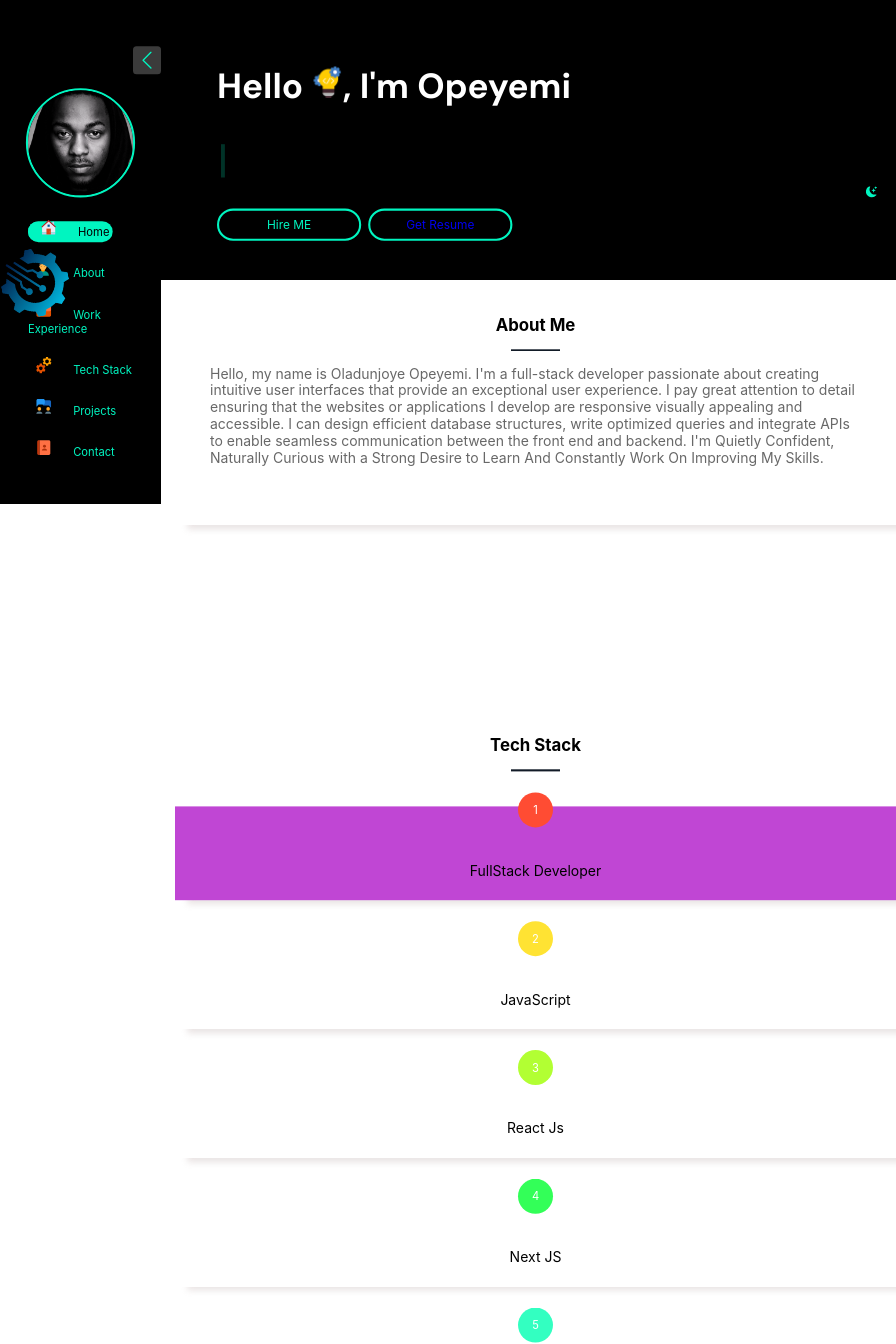
Repository: Laoye99/portfolio
Page: /
These files come from the project's save history. The page is drawn as it stood at one moment and after the next save; the edit follows.
The browser window is 1280 px wide. The pictures show the part of the page from y = 0 to 1920 px (the page is 2877 px tall), at 70% of full size.
The project was rebuilt for these pictures with package versions that can differ from the ones it lists, and the page was loaded fresh each time. Imported but missing from the stored project, and not drawn on this page: src/components/Home/MyResume.pdf.

Above is the page before, as saved 2024-02-15 14:59:01.

### src/App.js
import './App.css';
import { createContext, useState } from 'react';
import ScrollToTop from 'react-scroll-to-top';
import Navbar from './components/SideNav/Navbar';
import Sidebar from './components/SideNav/Sidebar';
import About from './components/About/About';
import TechStack from './components/TechStack/TechStack';

export const ThemeContext = createContext(null);

const App = () => {
  const [theme, setTheme] = useState("light");

  const changeTheme = () => {
    setTheme((prev) => (prev === "light" ? "dark" : "light"));
  };
  return (
    <ThemeContext.Provider value={{ theme, changeTheme }}>
    <div id={theme}>
    <Navbar/>
    <Sidebar changeTheme={changeTheme} theme={theme}/>
    <About/>
    <TechStack/>
    </div>
    <ScrollToTop
    top="200"
    smooth
    height="20"
    width="20"
    color="#00f5c0"
    style={{ borderRadius: "90px ", backgroundColor: "#000000" }}
    />
    </ThemeContext.Provider>
  );
}

export default App;

### src/App.css
::-webkit-scrollbar {
  width: 8px;
  height: auto;
}

::-webkit-scrollbar-track {
  box-shadow: inset 0 0 5px rgb(103, 100, 109);
}

::-webkit-scrollbar-thumb {
  background-color: #121b27;
  border-radius: 5px;
}

::-webkit-scrollbar-thumb:hover {
  background-color: rgba(189, 59, 210, 0.94);
}

#dark {
  background-color: #273746;
  color: #ffffff;
}

### src/components/SideNav/Navbar.js
import { useState } from "react";
import "./Navbar.css";
import {GiHamburgerMenu} from "react-icons/gi";
import { Link } from "react-scroll";
import {
    FcHome,
    FcBriefcase,
    FcContacts,
    FcServices,
    FcCollaboration,
    FcPortraitMode } from "react-icons/fc";

const Navbar = () => {
    const [open, setOpen] = useState(false);

    const handleClick = () => {
        setOpen(!open);
    };
    return(
        <div className="navbar">
        <div className="navbar-header">
        <p>
        <GiHamburgerMenu size={25} onClick={handleClick} />
        </p>
        </div>
        {open ? (
        <div className="nav">
        <ul>
        <li className="nav-item">
        <Link
        to="home"
        spy={true}
        smooth={true}
        duration={100}
        offset={-100}
        >
        <FcHome size={25}/>
        Home
        </Link>
        </li>
        <li className="nav-item">
        <Link
        to="about"
        spy={true}
        smooth={true}
        duration={100}
        offset={-100}
        >
        <FcPortraitMode size={25}/>
        About
        </Link>
        </li>
        <li className="nav-item">
        <Link
        to="project"
        spy={true}
        smooth={true}
        duration={100}
        offset={-100}
        >
        <FcBriefcase  size={25}/>
        Work Experience
        </Link>
        </li>
        <li className="nav-item">
        <Link
        to="stack"
        spy={true}
        smooth={true}
        duration={100}
        offset={-100}
        >
        <FcServices  size={25} />
        Tech Stack
        </Link>
        </li>
        <li className="nav-item">
        <Link
        to="project"
        spy={true}
        smooth={true}
        duration={100}
        offset={-100}
        >
        <FcCollaboration   size={25} />
        Projects
        </Link>
        </li>
        <li className="nav-item">
        <Link
        to="contact"
        spy={true}
        smooth={true}
        duration={100}
        offset={-100}
        >
        <FcContacts size={25}/>
        Contact
        </Link>
        </li>
        </ul>
        </div>
        ) : null}
        </div>
    );
};

export default Navbar;

### src/components/SideNav/Sidebar.js
import { useState } from "react";
import { BsChevronLeft, BsChevronRight } from "react-icons/bs";
import "./Sidebar.css";
import SidebarList from "./SidebarList";
import Home from "../Home/Home";


const Sidebar = ({ theme,changeTheme }) => {
    const [expandSidebar, setExpandSidebar] = useState(true);

    const handleExpandClick = () => {
        setExpandSidebar(!expandSidebar);
    };
    return(
        <div className="container-fluid sidebar-section">
        <div className={expandSidebar ? "sidebar-expand sidebar" : "sidebar"}>
        <div className="icon-sidebar">
        <p onClick={handleExpandClick}>
        {expandSidebar ? (
            <BsChevronLeft size={30} color="#00f5c0"/>
            ) : (
        <BsChevronRight size={30} color="#00f5c0"/>
            )}
        </p>
        </div>
        <SidebarList expandSidebar={expandSidebar} />
        </div>
        <div className="container-fluid">
          <Home changeTheme = {changeTheme} theme = {theme}/>
        </div>

        </div>
    );
};

export default Sidebar;

### src/components/About/About.js
import React from "react";
import ProfilePic from "../../Image/Screenshot (29).png";
import {Fade} from "react-awesome-reveal";
import {Flip} from "react-awesome-reveal";
import './About.css';
const About = () => {
    return(
        <div className="container about-section" id="about">
    <div className="row">
      <div className="col-xl-6 col-lg-6 col-md-12 col-sm-12">
        <div className="about-details">
          <Flip left>
            <div className="about-title">
              <h2>About Me</h2>
              <span className="line"></span>
            </div>
          </Flip>

          <Fade right>
            <p className="description">
              Hello, my name is Oladunjoye Opeyemi.
              I'm a full-stack developer
              passionate about creating intuitive
              user interfaces that provide
              an exceptional user experience.
              I pay great attention to detail
              ensuring that the websites or applications
              I develop are responsive
              visually appealing and accessible.
              I can design efficient database
              structures, write optimized queries
              and integrate APIs to enable
              seamless communication between
              the front end and backend.
              I'm Quietly Confident, Naturally Curious
               with a Strong Desire to
              Learn And Constantly Work On Improving My Skills.
            </p>
          </Fade>
        </div>
      </div>
    </div>
  </div>
    )
};

export default About;

### src/components/TechStack/TechStack.js
import React, { useState } from "react";
import "./TechStack.css";
import { Fade } from "react-awesome-reveal";
import { Zoom } from "react-awesome-reveal";


const TechStack = () => {
    const data = [
        {
          name: "FullStack Developer",
        },

        {
          name: "JavaScript",
        },
        {
          name: "React Js",
        },
        {
          name: "Next JS",
        },
        {
          name: "CSS",
        },
        {
          name: "HTML5",
        },
        {
          name: "BootStrap",
        },
        {
          name: "TailwindCSS",
        },
        {
          name: "React Native",
        },
        {
          name: "Vanilla JS",
        },
        {
          name: "SCSS",
        },
        {
          name: "Git",
        },
        {
          name: "GitHub",
        },
        {
          name: "Java",
        },
        {
          name: "Springboot",
        },
        {
          name: "Servlet",
        },
        {
          name: "Maven",
        },
        {
          name: "Eclipse IDE",
        },
        {
            name: "IntelliJ IDE",
        },
        {
            name: "MySQL",
        },
        {
            name: "Postman",
        },
        {
            name: "MySQL",
        },
        {
            name: "Tomcat",
        },
      ];

      const colors = [
        "#FF4C33",
        "#FFE333",
        "#B2FF33",
        "#33FF58",
        "#33FFC1",
        "#33CAFF",
        "#3355FF",
        "#9333FF",
        "#F033FF",
        "#FF33C4",
        "#FF3386",
        "#FF334C",
        "#33FF42",
        "#FF3633",
        "#9C33FF",
        "#33FFF6",
        "#33FF58",
        "#FF33C4",
        "#034694",
        "#5A0394",
        "#940303",
        "#944403",
        "#449403",
        "#03945C"
      ];

      const [showMoreTechStack, setMoreTechStack] = useState(9);

      const loadMore = () => {
        setMoreTechStack((prev) => prev + 3);
      };
      return (
        <div className="container techstack-section" id="stack">
      <div className="section-title">
        <h2>Tech Stack</h2>
        <span className="line"></span>
      </div>

      <div className="row">
        {data.slice(0, showMoreTechStack).map((item, index) => (
          <Fade right>
            <div className="col-xl-4 col-lg-4 col-md-6 col-sm-12" key={index}>
              <div
                className={
                  index === 0
                    ? "tech-content-marked tech-content"
                    : "tech-content"
                }
              >
                <span
                  className="tech-number"
                  style={{ backgroundColor: colors[index] }}
                >
                  {index + 1}
                </span>
                <p>{item.name}</p>
              </div>
            </div>
          </Fade>
        ))}
      </div>

      {showMoreTechStack >= data.length ? null : (
        <Zoom>
          <span className="load-more" onClick={loadMore}>
            Load More
          </span>
        </Zoom>
      )}
    </div>
      );
};

export default TechStack;

### src/components/SideNav/Navbar.css
.navbar {
    position: sticky;
    top: 0;
    z-index: 1;
  }

  .navbar-header {
    width: 100%;
    background-color: #00f5c0;
    color: #000000;
    padding: 5px;
  }

  .navbar-header p svg {
    margin-left: 10px;
    cursor: pointer;
    margin-top: 20px;
    margin-right: 5px;
  }

  .nav {
    height: auto;
    width: 210px;
    background-color: #000000;
    margin-top: 30px;
    padding-top: 10px;
    padding-bottom: 10px;
  }

  .nav ul li {
    color: #000000;
    list-style-type: none;
    cursor: pointer;
    text-decoration: none;
    margin-top: 30px;
  }

  .nav ul li a {
    text-decoration: none;
    color: #00f5c0;
  }

  .nav-item .active {
    color: #000000;
    background-color: #00f5c0;
    border-radius: 90px;
    padding: 5px;
    width: 100%;
  }

  @media (min-width: 1000px) {
    .navbar {
      display: none;
    }
  }

### src/components/SideNav/Sidebar.css
.sidebar-section {
    display: flex;
    background-color: #000000;
  }

  .sidebar {
    height: 100vh;
    background-color: #000000;
    width: 95px;
    position: fixed;
  }

  .sidebar-expand {
    width: 230px;
  }

  .container-fluid {
    padding-left: 0px !important;
    padding-right: 0px !important;
    overflow: hidden;
  }

  .icon-sidebar {
    display: flex;
    align-items: right;
    justify-content: right;
    cursor: pointer;
  }

  .icon-sidebar p svg {
    background-color: #3b3b3b;
    padding: 5px;
    color: #00f5c0;
    border-radius: 5px;
    margin-top: 50px;
  }

  @media (max-width: 1000px) {
    .sidebar {
      display: none;
    }
  }

### src/components/Home/Home.js
import React from 'react';
import Typewriter from 'typewriter-effect';
import { BsFillMoonStarsFill, BsSun } from 'react-icons/bs';
import { Fade } from 'react-awesome-reveal';
import concept from "../../Image/concept.png";
import automation from "../../Image/automation.png";
import "./Home.css";
import MyCv from './MyResume.pdf';



const Home = ({theme, changeTheme}) => {
    return(
        <div className='container-fluid home' id="home">
        <div  className='theme-change' onClick={changeTheme}>
        {theme === "light" ? (
            <p>
            <BsFillMoonStarsFill />{" "}
            </p>
            ) : (
                <p className='sun-light-icon'>
                <BsSun/>
                </p>
            )}
        </div>

        <div className='container home-content'>
        <Fade right>
        <h1>
        Hello <img alt='vector' src={concept}/>, I'm Opeyemi
        </h1>

        <h2>
        <Typewriter
        options={{
            strings: [
              "Frontend Developer",
              "Backend Developer",
              "Software Engineer",
            ],
            autoStart: true,
            loop: true,
            delay: 5,
          }}
        />
        </h2>
        </Fade>

        <Fade bottom>
        <div className='button-for-action'>
        <div className='hire-me-button'>Hire ME</div>
        <div className="get-resume-button">
              <a href={MyCv} download="Opeyemi_cv">
                Get Resume
              </a>
            </div>
        </div>
        </Fade>
        </div>
        <img className='automation' alt='automation' src={automation}/>
        </div>
    )

};

export default Home;

### src/components/About/About.css
.about-section {
    box-shadow: 15px 9px 9px -2px rgba(230, 224, 244, 0.86);
    -webkit-box-shadow: 15px 9px 9px -2px rgba(230, 224, 224, 0.86);
    -moz-box-shadow: 15px 9px 9px -2px rgba(230, 224, 224, 0.86);

    margin-top: 50px;
    height: 300px;
    margin-left: 250px;
    padding: 0px 50px;
  }

  #dark .about-section {
    box-shadow: none;
    background-color: #17202a;
    box-shadow: -6px 11px 5px -4px rgba(0, 0, 0, 0.42);
    -webkit-box-shadow: -6px 11px 5px -4px rgba(0, 0, 0, 0.42);
    -moz-box-shadow: -6px 11px 5px -4px rgba(0, 0, 0, 0.42);
  }


  #dark .about-image img {
    border: 5px solid #ffffff;
  }

  .about-details {
    margin-top: 50px;
  }

  .about-title h2 {
    text-align: center;
  }
  .description {
    font-size: 20px;
    color: #686868;
  }

  #dark .description {
    color: #ffffff;
  }

  .line {
    display: block;
    width: 70px;
    height: 3px;
    margin: 1px auto;
    background-color: #121b27;
  }

  #dark .line {
    background-color: #ffffff;
  }

  @media (max-width: 1000px) {
    .about-image {
      display: none;
    }
    .about-section {
      margin: 50px auto;
      height: auto;
    }
  }

### src/components/TechStack/TechStack.css
.techstack-section {
    margin-top: 300px;
    height: auto;
    margin-bottom: 40px;
    margin-left: 250px;
  }

  .section-title h2 {
    text-align: center;
  }

  .tech-content {
    padding: 10px;
    color: #000;
    margin-top: 50px;
    box-shadow: 15px 9px 9px -2px rgba(230, 224, 244, 0.86);
    -webkit-box-shadow: 15px 9px 9px -2px rgba(230, 224, 224, 0.86);
    -moz-box-shadow: 15px 9px 9px -2px rgba(230, 224, 224, 0.86);
  }

  #dark .tech-content {
    background-color: #03945c;
    color: #ffffff;
    box-shadow: -6px 11px 5px -4px rgba(0, 0, 0, 0.42);
    -webkit-box-shadow: -6px 11px 5px -4px rgba(0, 0, 0, 0.42);
    -moz-box-shadow: -6px 11px 5px -4px rgba(0, 0, 0, 0.42);
  }

  #dark .tech-content:hover {
    background-color: #121b27;
    transition-duration: 1s;
  }

  .tech-content-marked {
    background-color: rgba(189, 59, 210, 0.94);
  }

  .tech-content p {
    text-align: center;
    padding-top: 30px;
    font-size: 20px;
  }

  .tech-content:hover {
    background-color: #121b27;
    color: #fff;
    cursor: pointer;
    transition-duration: 1s;

    box-shadow: -6px 11px 5px -4px rgba(0, 0, 0, 0.42);
    -webkit-box-shadow: -6px 11px 5px -4px rgba(0, 0, 0, 0.42);
    -moz-box-shadow: -6px 11px 5px -4px rgba(0, 0, 0, 0.42);
  }

  .tech-number {
    border-radius: 90px;
    height: 50px;
    width: 50px;
    color: #fff;
    text-align: center;
    align-items: center;
    justify-content: center;
    display: block;
    margin: 0 auto;
    margin-top: -30px;
    line-height: 50px;
  }

  .load-more {
    background-color: #121b27;
    width: 150px;
    padding: 10px;
    color: #ffffff;
    text-align: center;
    justify-content: center;
    cursor: pointer;
    display: table;
    margin-left: auto;
    margin-right: auto;
    margin-top: 35px;
    border-radius: 5px;
    margin-bottom: 40px;
    font-size: 20px;
  }

  #dark .load-more {
    background-color: #17202a;
  }

  .load-more:hover {
    background-color: rgba(189, 59, 210, 0.94);
    transition-duration: 1s;
  }
  #dark .load-more:hover {
    background-color: #121b27;
    transition-duration: 1s;
  }

  @media (max-width: 1000px) {
    .techstack-section {
      margin: 50px auto;
    }
  }

### src/components/SideNav/SidebarList.css
.sidebar-profile-pic img {
    border-radius: 90px;
    margin-top: 10px;
    height: 150px;
    width: 150px;
    display: flex;
    vertical-align: middle;
    margin: 0 auto;
    object-fit: cover;
    border: 3px solid #00f5c0;
  }

  .navbar-items ul li {
    color: #00f5c0;
    list-style-type: none;
    cursor: pointer;
    margin-top: 30px;
  }

  .navbar-items ul li svg {
    margin-right: 25px;
    margin-left: 10px;
  }

  .navbar-items-only-icons ul li {
    margin-top: 30px;
    cursor: pointer;
    list-style-type: none;
  }

  .navbar-items-only-icons ul li svg {
    margin-left: 10px;
  }

  .navbar-items ul li a {
    text-decoration: none;
  }
  .nav-item .active {
    border-left: 2px solid #00f5c0;
    color: #000000;
  }

### src/components/Home/Home.css
@import url("https://fonts.googleapis.com/css2?family=DM+Sans:wght@700&display=swap");

.home {
  height: 400px;
  background-color: #000000;
  color: #00f5c0;

}

.home-content {
  padding: 10px;
  margin-top: 30px;
  margin-left: 300px;
  position: relative;
}
/* rgba(189, 59, 210, 0.94) */

.home-content h1 {
  font-family: DM Sans;
  font-size: 50px;
  font-weight: 700;
  line-height: 6.2rem;
  color: #ffffff;
}

.home-content h1 img {
  width: 45px;
}

.home-content h2 {
  margin-top: 20px;
  color: #00f5c0;
  font-size: 40px;
}

.button-for-action {
  display: flex;
}

.hire-me-button {
  background-color: #000000;
  text-align: center;
  width: 180px;
  padding: 10px;
  border-radius: 90px;
  border: 3px solid #00f5c0;
  cursor: pointer;
  margin-top: 10px;
  font-size: 17px;
}

.hire-me-button:hover {
  background-color: #00f5c0;
  width: 250px;
  color: #000;
  transition-duration: 1s;
  font-size: 20px;
}
.get-resume-button {
  background-color: #000000;
  text-align: center;
  width: 180px;
  padding: 10px;
  border-radius: 90px;
  border: 3px solid #00f5c0;
  cursor: pointer;
  margin-top: 10px;
  margin-left: 10px;
  font-size: 17px;
}

.get-resume-button:hover {
  background-color: #00f5c0;
  width: 250px;
  color: #000;
  transition-duration: 1s;
  font-size: 20px;
}

.get-resume-button a {
  text-decoration: none;
}

.automation {
  position: absolute;
  margin: ;
  height: 100px;
  animation: rotation infinite 5s linear;
}

@media (max-width: 450px) {
  .automation {
    bottom: 0;
  }
}

.theme-change {
  justify-content: center;
  height: 50px;
  width: 50px;
  background-color: #000000;
  right: 0;
  margin-right: 10px;
  text-align: center;
  vertical-align: middle;
  line-height: 20px;
  position: fixed;
  top: 150;
  margin-top: 250px;
  border-radius: 5px;
  cursor: pointer;
  z-index: 1;
}

.sun-light-icon {
  animation: rotation infinite 5s linear;
}

@keyframes rotation {
  from {
    transform: rotate(0deg);
  }

  to {
    transform: rotate(360deg);
  }
}
@media (max-width: 1000px) {
  .home {
    top: 0;
  }
  .home-content {
    margin: 30px auto;
  }
}

Loaded but not shown: public/index.html (common file); src/index.js (common file); src/index.css (common file); src/reportWebVitals.js (common file); src/components/SideNav/SidebarList.js (169 lines, source omitted)

After the next save:
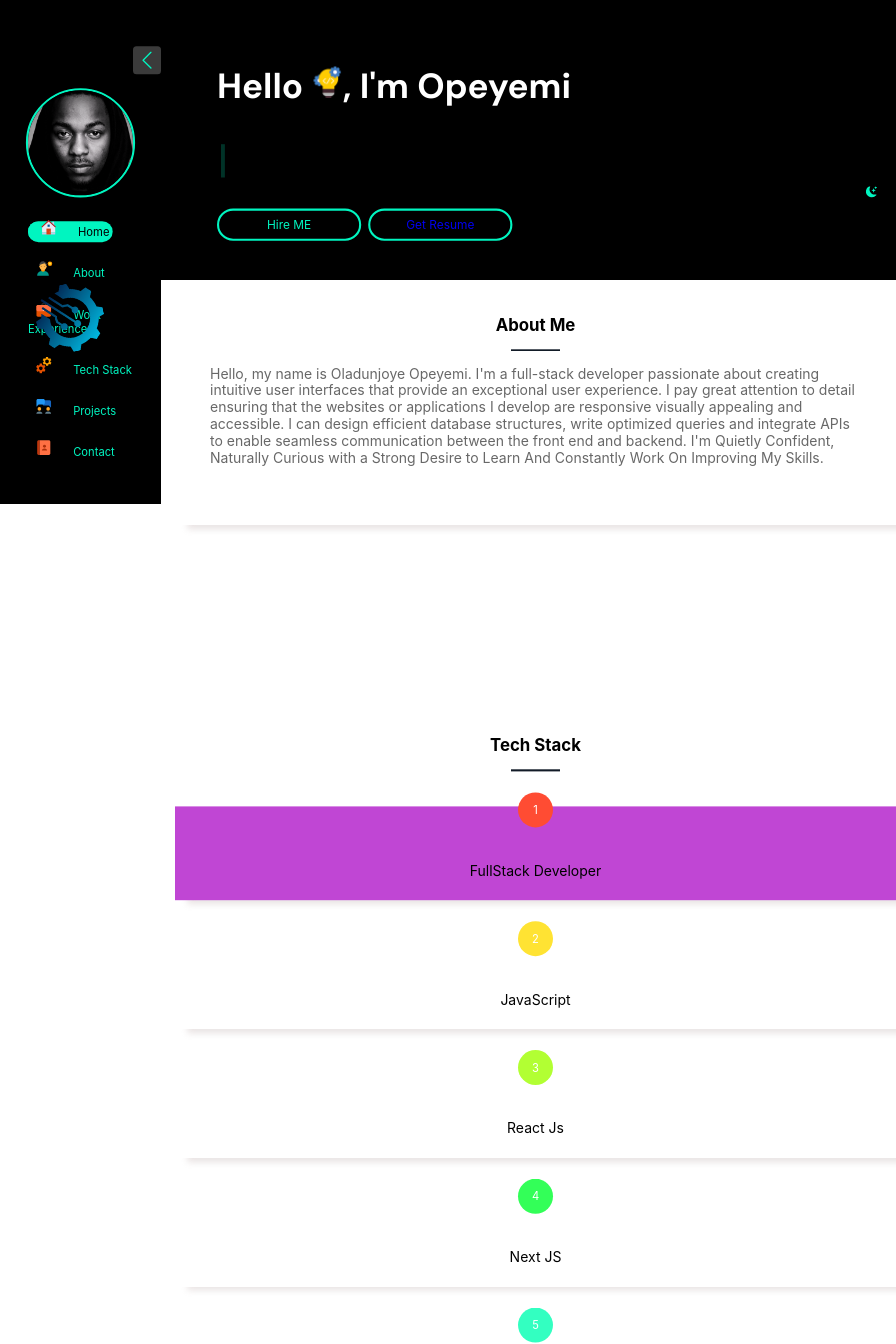
Saved 4 s later.
--- a/src/components/Home/Home.css
+++ b/src/components/Home/Home.css
@@ -83,7 +83,7 @@
 
 .automation {
   position: absolute;
-  margin: ;
+  margin: 50px;
   height: 100px;
   animation: rotation infinite 5s linear;
 }
